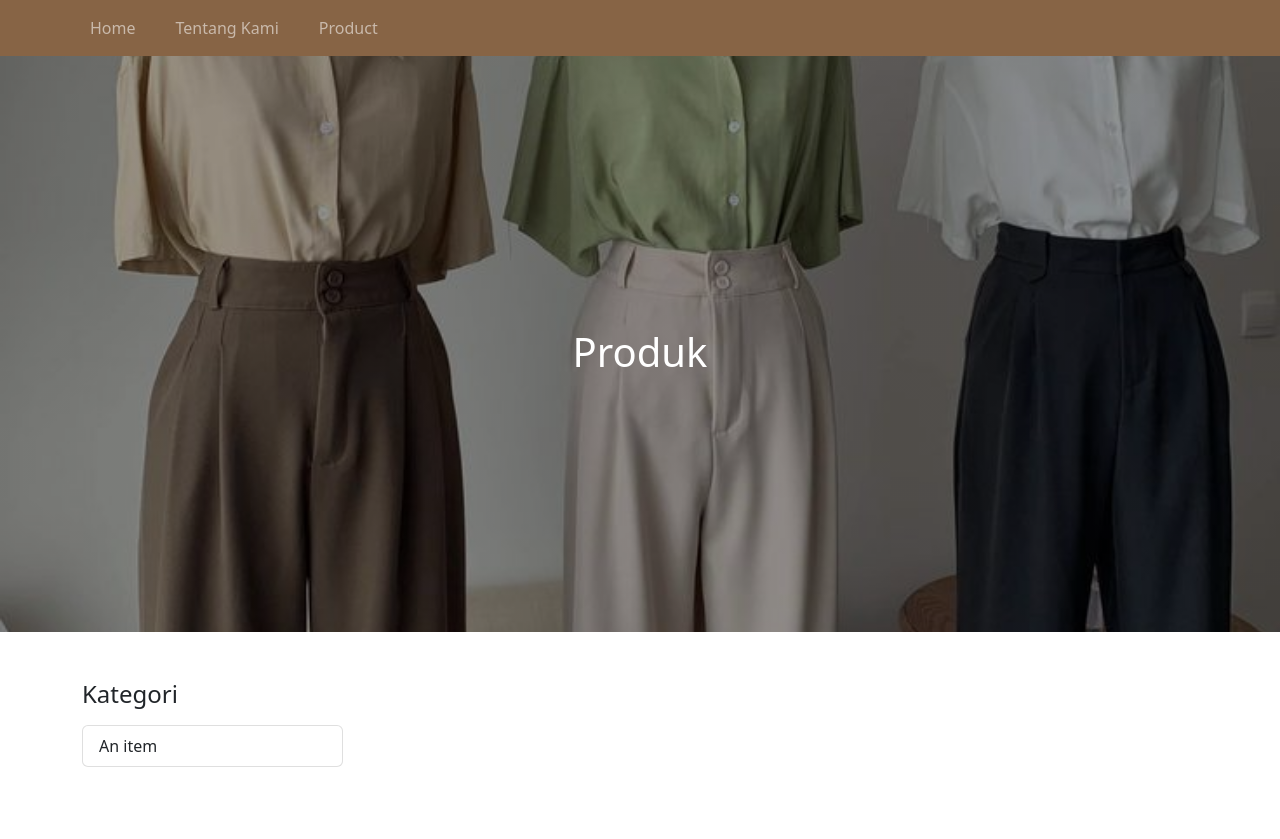
Repository: herman165/tugas_uas
Page: http://localhost/produk.php
An editor plug-in stored every save of this project. The page is shown before and after a run of saves, followed by the edit.
The browser window is 1280 px wide. The pictures show the whole page.
The page is run by PHP 8.4 with error messages shown; the project is at /var/www/html/. Queries for data that is not in the repository find no rows.

Above is the page before, as saved 2024-12-11 03:25:47.

### produk.php
<?php
    require "koneksi.php";

    $queryKategori = mysqli_query($con, "SELECT * FROM kategori");
?>


<!DOCTYPE html>
<html lang="en">
<head>
    <meta charset="UTF-8">
    <meta name="viewport" content="width=device-width, initial-scale=1.0">
    <title>Produk-Page</title>
    <link rel="stylesheet" href="bootstrap/css/bootstrap.min.css">
    <link rel="stylesheet" href="fontawesome/css/all.min.css">
    <link rel="stylesheet" href="css/style.css">
</head>
<body>
    <!-- navbar -->
    <?php require "navbar.php" ?>

    <!-- benner -->
     <div class="container-fluid banner d-flex align-items-center">
        <div class="container">
            <h1 class="mt-4 text-white text-center">Produk</h1>
        </div>
     </div>

    <!-- layout produk -->
        <div class="container py-5">
            <div class="row">
                <div class="col-md-3 mb-4">
                    <h4 class="mb-3">Kategori</h4>
                    <ul class="list-group">
                        <?php while($kategori = mysqli_fetch_array($queryKategori)){} ?>
                        <li class="list-group-item">An item</li>
                    </ul>
                </div>
                <div class="col-md-6"></div>
            </div>
        </div>


    <script src="bootstrap/js/bootstrap.bundle.min.js"></script>
    <script src="fontawesome/js/all.min.js"></script>
</body>
</html>

### koneksi.php
<?php
// connect  to  database
$con = mysqli_connect("localhost", "root", "", "toko_online");

// Cek connect
if (mysqli_connect_errno()) {
    echo "Failed to connect to MySQL: " . mysqli_connect_error();
    exit();
}
?>

### navbar.php
<!DOCTYPE html>
<html lang="en">
<head>
    <meta charset="UTF-8">
    <meta name="viewport" content="width=device-width, initial-scale=1.0">
    <title>Responsive Navbar</title>
     <link rel="stylesheet" href="bootstrap/css/bootstrap.min.css">

<style>

        /* Khusus tampilan HP */
        @media (max-width: 480px) {
            .navbar {
                background: linear-gradient(to right, #6a11cb, #2575fc); /* Gradient ungu ke biru */
                box-shadow: 0 4px 6px rgba(0, 0, 0, 0.3); /* Bayangan */
                border-radius: 5px; /* Membuat sudut melengkung */
            }

            .navbar-dark .nav-link {
                color: #ffffff;
                background-color: rgba(255, 255, 255, 0.2); /* Transparan putih */
                margin: 5px;
                padding: 10px;
                border-radius: 5px; /* Melengkung */
                text-align: center;
                transition: background-color 0.3s ease, color 0.3s ease;
            }

            .navbar-dark .nav-link:hover {
                background-color: rgba(255, 255, 255, 0.4); /* Lebih terang saat hover */
                color: #ffcc00; /* Warna kuning keemasan */
            }

            /* Tombol toggler */
            .navbar-dark .navbar-toggler {
                border: none;
                background-color: #ffffff; /* Putih */
                padding: 5px;
                border-radius: 3px; /* Melengkung */
            }

            .navbar-dark .navbar-toggler-icon {
                background-color: #6a11cb; /* Ungu */
                border-radius: 2px;
                width: 25px;
                height: 3px;
            }
        }

</style>

</head>
<body>
    <nav class="navbar navbar-expand-lg navbar-dark warna1">
        <div class="container">
            <button class="navbar-toggler" type="button" data-bs-toggle="collapse" data-bs-target="#navbarSupportedContent" aria-controls="navbarSupportedContent" aria-expanded="false" aria-label="Toggle navigation">
                <span class="navbar-toggler-icon"></span>
            </button>
            <div class="collapse navbar-collapse" id="navbarSupportedContent">
                <ul class="navbar-nav me-auto mb-2 mb-lg-0">
                    <li class="nav-item me-4 ">
                        <a class="nav-link " href="index.php">Home</a>
                    </li>
                    <li class="nav-item me-4 ">
                        <a class="nav-link" href="tentang-kami.php">Tentang Kami</a>
                    </li>
                    <li class="nav-item me-4 ">
                        <a class="nav-link" href="produk.php">Product</a>
                    </li>
                </ul>
            </div>
        </div>
    </nav>

    <script src="bootstrap/js/bootstrap.bundle.min.js"></script>
</body>
</html>

### css/style.css
.warna1 {
    background-color: #876445;
}
.warna2 {
    background-color: #CA965C;
}
.warna3 {
    background-color: #EEC373;
}
.warna4 {
    background-color: #F4DFBA;
}
.banner {
    height: 80vh; /* Mengisi seluruh tinggi layar */
    background: linear-gradient(rgba(0, 0, 0, 0.4), rgba(0, 0, 0, 0.4)), url('../image/benner\ new.jpg');
    background-size: cover; /* Memastikan gambar menutupi seluruh elemen */
    background-position: center; /* Memusatkan gambar */
    background-repeat: no-repeat; /* Mencegah gambar diulang */
}



@media (max-width: 768px) {
    .banner {
        height: 30vh;
    }
}
.highlighted-kategori{
    height: 250px;

}
.no-decoration{
    text-decoration: none;
    color:white;
}
.no-decoration:hover {
    color: #EEC373;
}

.kategori-baju-pria {
  background: linear-gradient(rgba(0, 0, 0, 0.4), rgba(0, 0, 0, 0.4)), url('../image/baju\ pria.jpg');
  background-size: cover;
  background-position: center;
  background-repeat: no-repeat;
}
.kategori-baju-wanita {
  background: linear-gradient(rgba(0, 0, 0, 0.4), rgba(0, 0, 0, 0.4)), url('../image/baju\ wanita.jpg');
  background-size: cover;
  background-position: center;
  background-repeat: no-repeat;

}
.kategori-sepatu-pria {
  background: linear-gradient(rgba(0, 0, 0, 0.4), rgba(0, 0, 0, 0.4)), url('../image/Vans\ Old\ Skool\ Sneakers\ in\ Black_White\ _\ VN000D3HY28\ -\ Men\ 13_Wmn\ 14_5\ _\ Black.jpg');
  background-size: cover;
  background-position: center;
  background-repeat: no-repeat;
}
.kategori-jam-pria {
  background: linear-gradient(rgba(0, 0, 0, 0.4), rgba(0, 0, 0, 0.4)), url('../image/Kegllect\ Men\ Life\ Waterproof\ Quartz\ Watch\ Mens\ Large\ Dial\ Sport\ Wristwatch\ Jam\ Tangan\ Lelaki.jpg');
  background-size: cover;
  background-position: center;
  background-repeat: no-repeat;
}
.text-harga{
    font-size: 20px;
    color:#CA965C;
}
.image-box {
    height: 200px;
}
.image-box img{
    height: 100%;
    width: 100%;
    object-fit: cover;
    object-position: center;
}
.subscribe-content {
    background-color: rgba(0, 0, 0, 0.7);
}
.subscribe-content a {
    color: #fff
}
.bounce-icon {
    font-size: 50px;
    color: #fff;
    animation: wave 2s infinite;
}
@keyframes wave {
    0% {
        transform: translateX(0) translateY(0);
    }
    40% {
        transform: translateX(10px) translateY(-10px);
    }
    50% {
        transform: translateX(-10px) translateY(10px);
    }
    60% {
        transform: translateX(10px) translateY(10px);
    }
    80% {
        transform: translateX(-10px) translateY(-10px);
    }
    100% {
        transform: translateX(0) translateY(0);
    }
}

Loaded but not shown: bootstrap/css/bootstrap.min.css (library); fontawesome/css/all.min.css (library); bootstrap/js/bootstrap.bundle.min.js (library)

After the next 2 saves:
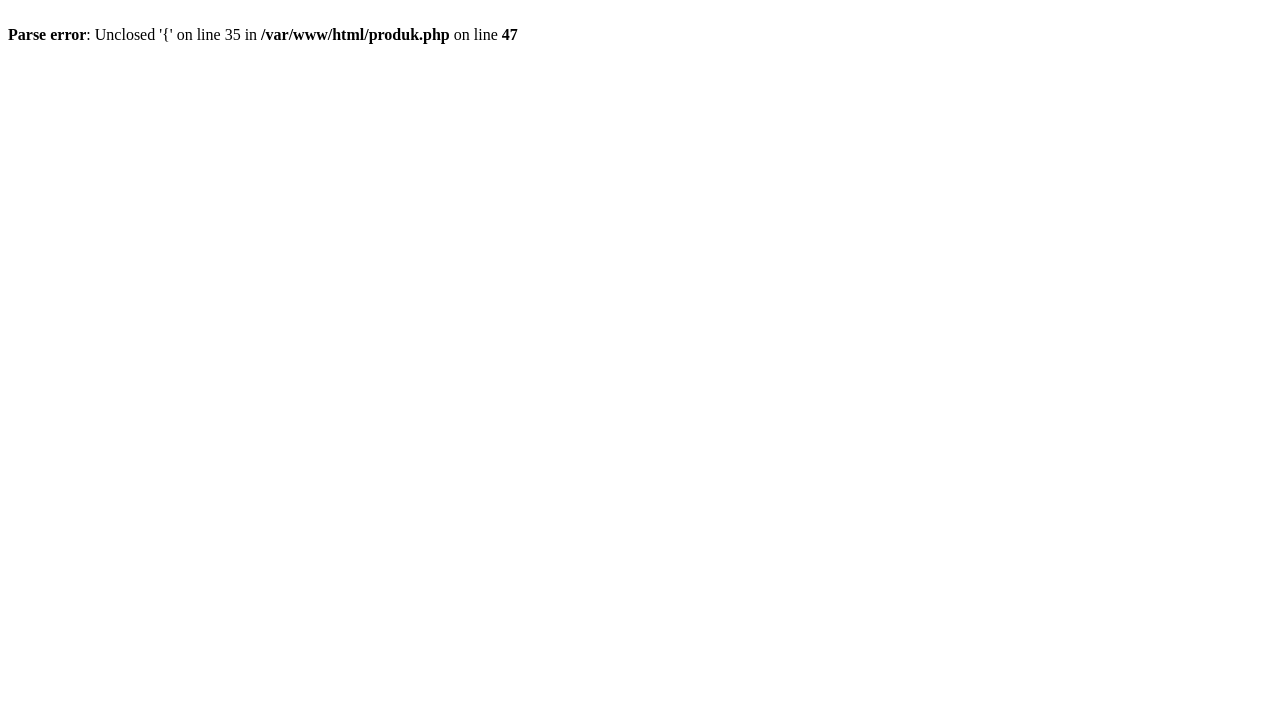
The 2 saves are shown as one change because they came seconds apart.
The last was saved 7 s later.
--- a/produk.php
+++ b/produk.php
@@ -32,7 +32,7 @@
                 <div class="col-md-3 mb-4">
                     <h4 class="mb-3">Kategori</h4>
                     <ul class="list-group">
-                        <?php while($kategori = mysqli_fetch_array($queryKategori)){} ?>
+                        <?php while($kategori = mysqli_fetch_array($queryKategori)){?>
                         <li class="list-group-item">An item</li>
                     </ul>
                 </div>

After the 2 saves that followed:
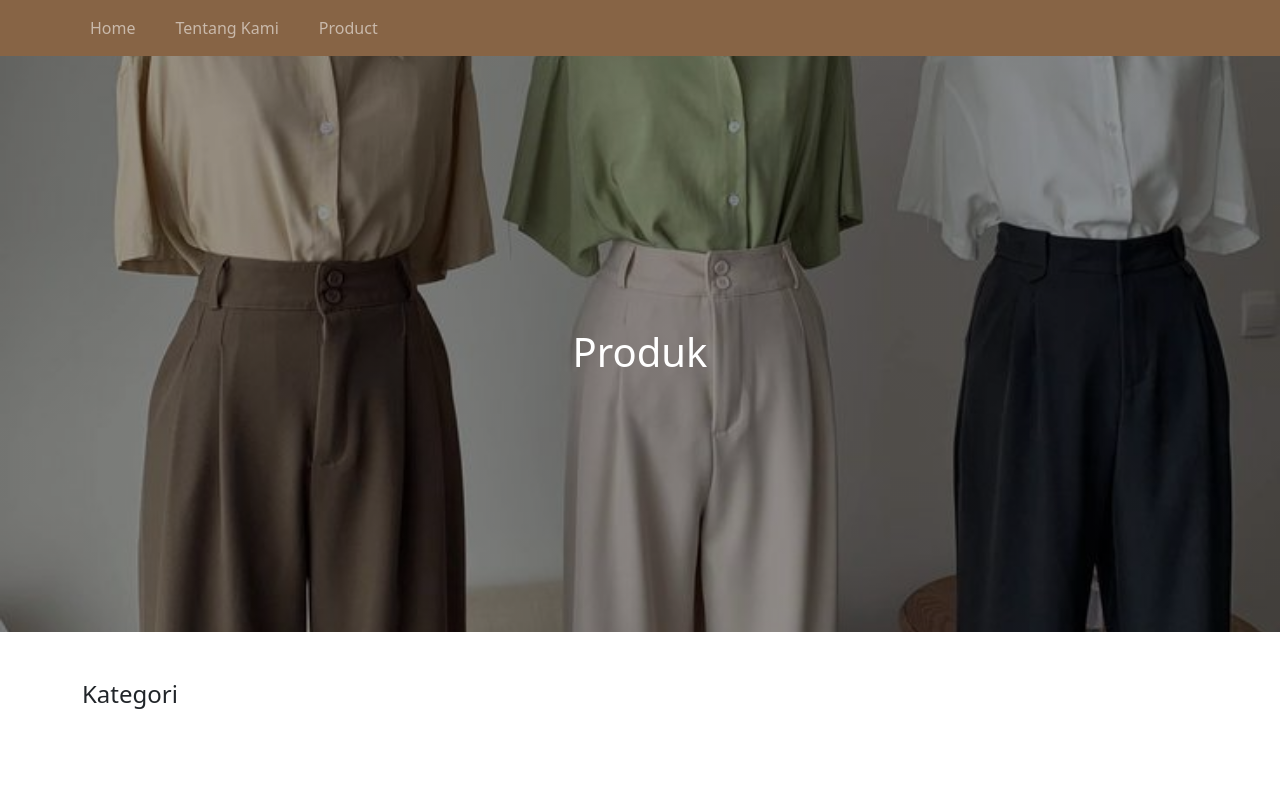
The 2 saves are shown as one change because they came seconds apart.
The last was saved 15 s later.
--- a/produk.php
+++ b/produk.php
@@ -34,6 +34,7 @@
                     <ul class="list-group">
                         <?php while($kategori = mysqli_fetch_array($queryKategori)){?>
                         <li class="list-group-item">An item</li>
+                        <?php } ?>
                     </ul>
                 </div>
                 <div class="col-md-6"></div>
